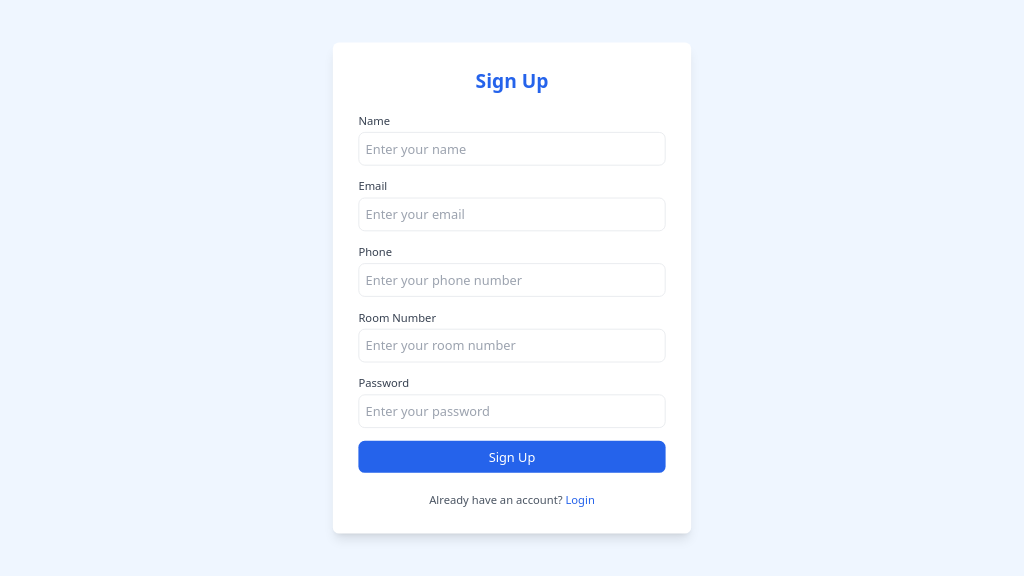
Repository: makanda596/system
Page: /signup (app in client/)
The author's editor kept a copy of each file at every save. The page is drawn from the files as they stood at one save, then again after a run of saves.
The browser window is 1280 px wide. The pictures show the whole page, at 80% of full size.
The project was rebuilt for these pictures with package versions that can differ from the ones it lists, and the page was loaded fresh each time. Also part of the build but not shown: client/src/Home.jsx. Imported but missing from the stored project, and not drawn on this page: client/src/reportWebVitals.

Above is the page before, as saved 2024-12-03 07:57:07.

After the next 2 saves:
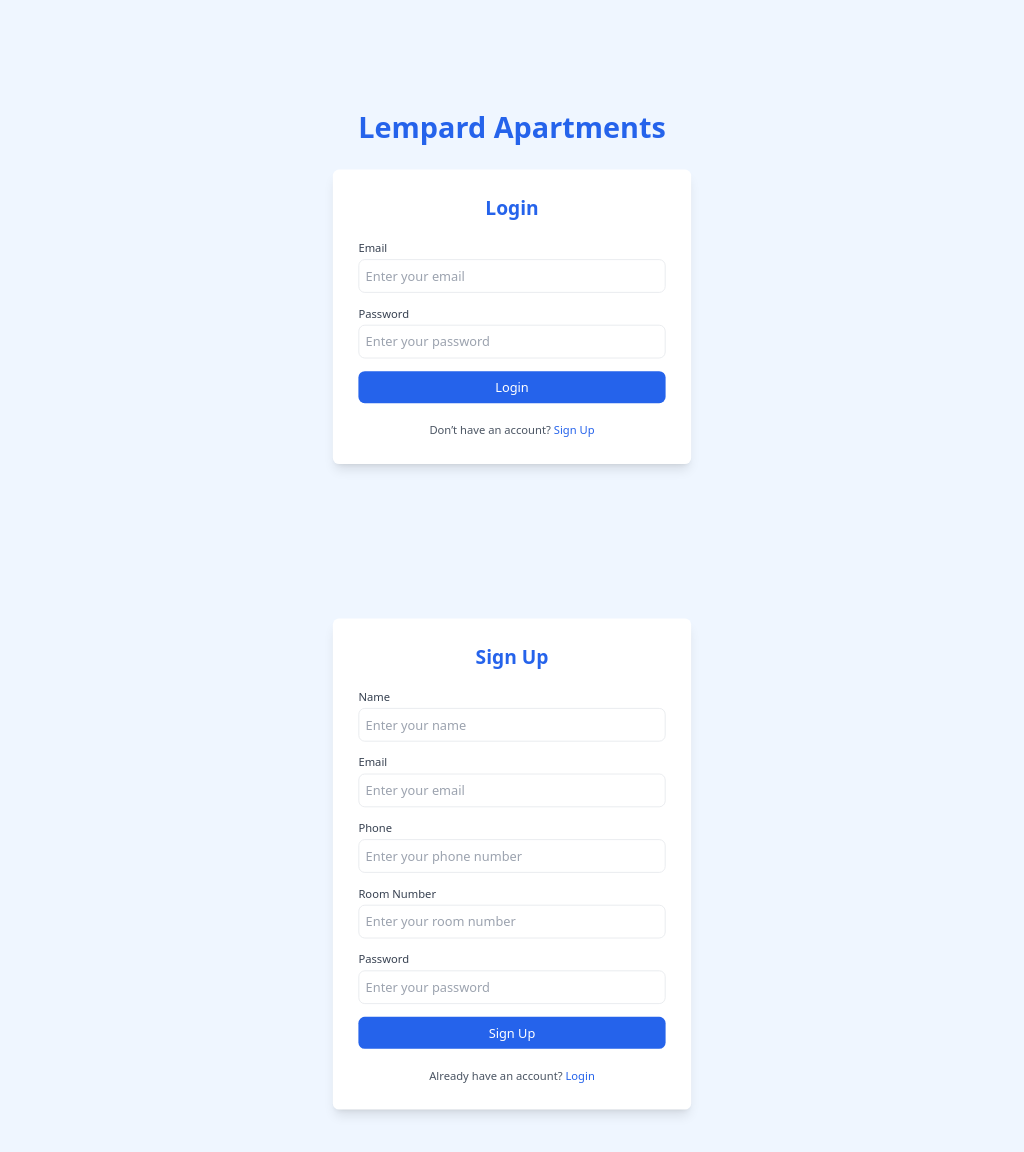
The 2 saves are shown as one change because 1 did not build or start.
The last was saved 109 s later.
--- a/client/src/App.js
+++ b/client/src/App.js
@@ -5,13 +5,15 @@
 import LoginForm from './LoginForm.jsx'
 function App() {
   return (
-    <Router>
-      <Routes>
-        <Route path="/signup" element={<SignUpForm />} />
-        <Route path="/login" element={<LoginForm />} />
-        <Route path="/home" element={<Home />} />
-      </Routes>
-    </Router>
+    <div>
+      <LoginForm />
+      <Router>
+        <Routes>
+          <Route path="/signup" element={<SignUpForm />} />
+          <Route path="/home" element={<Home />} />
+        </Routes>
+      </Router>
+    </div>
   );
 }
 

After the 2 saves that followed:
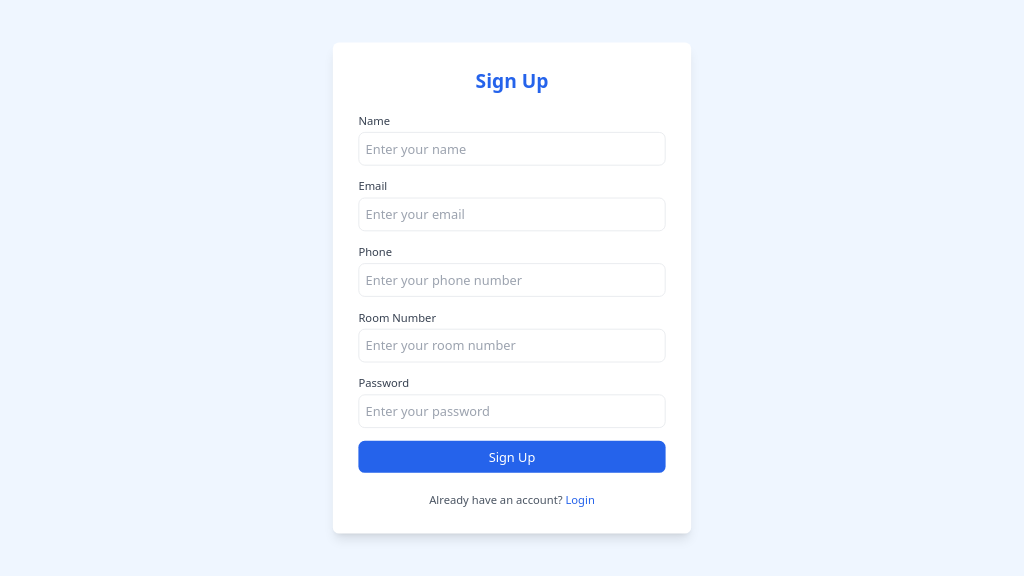
The 2 saves are shown as one change because 1 left the picture as it was.
The last was saved 87 s later.
--- a/client/src/App.js
+++ b/client/src/App.js
@@ -6,10 +6,10 @@
 function App() {
   return (
     <div>
-      <LoginForm />
       <Router>
         <Routes>
           <Route path="/signup" element={<SignUpForm />} />
+          <Route path="/login" element={<LoginForm />} />
           <Route path="/home" element={<Home />} />
         </Routes>
       </Router>
